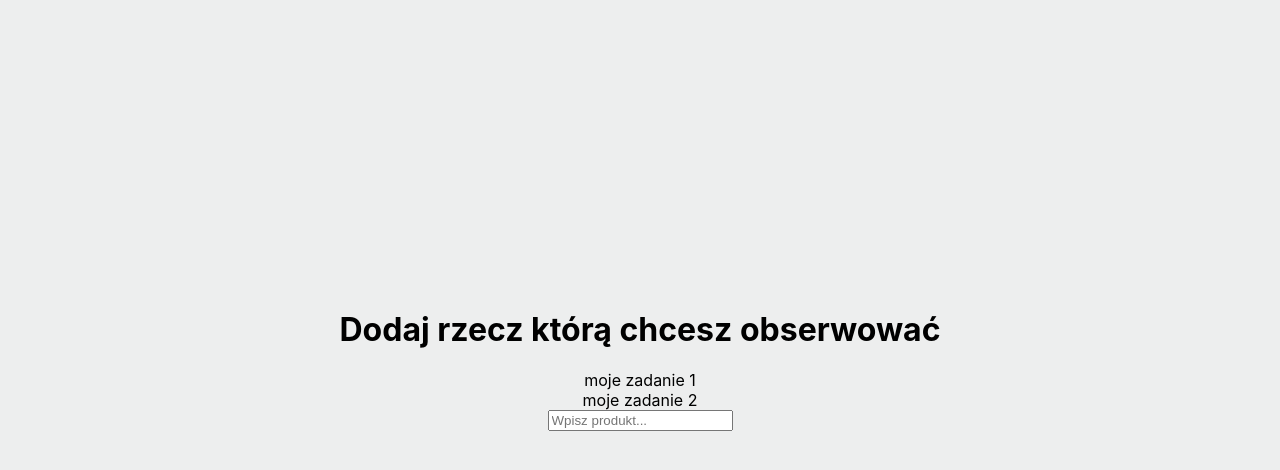
Repository: matedoo/crawler
Page: /MainApp
The author's editor kept a copy of each file at every save. The page is drawn from the files as they stood at one save, then again after the next save.
The browser window is 1280 px wide. The pictures show the whole page.
The project was rebuilt for these pictures with package versions that can differ from the ones it lists, and the page was loaded fresh each time. Also part of the build but not shown: src/Components/button.js, src/Components/LoginComponents/LoginApp.js, src/Components/LoginComponents/RegisterApp.js, src/Components/btnContainer.js, src/Components/heading.js, src/Components/LoginComponents/StartApp.js.

Above is the page before, as saved 2020-04-19 18:23:36.

### public/index.html
<!DOCTYPE html>
<html lang="en">
  <head>
    <meta charset="utf-8" />
    <link rel="icon" href="%PUBLIC_URL%/favicon.ico" />
    <meta name="viewport" content="width=device-width, initial-scale=1" />
    <meta name="theme-color" content="#000000" />
    <meta
      name="description"
      content="Web site created using create-react-app"
    />
    <link rel="apple-touch-icon" href="%PUBLIC_URL%/logo192.png" />
    <!--
      manifest.json provides metadata used when your web app is installed on a
      user's mobile device or desktop. See https://developers.google.com/web/fundamentals/web-app-manifest/
    -->
    <link rel="manifest" href="%PUBLIC_URL%/manifest.json" />
    <!--
      Notice the use of %PUBLIC_URL% in the tags above.
      It will be replaced with the URL of the `public` folder during the build.
      Only files inside the `public` folder can be referenced from the HTML.

      Unlike "/favicon.ico" or "favicon.ico", "%PUBLIC_URL%/favicon.ico" will
      work correctly both with client-side routing and a non-root public URL.
      Learn how to configure a non-root public URL by running `npm run build`.
    -->
    <title>Racoon</title>
  </head>
  <body>
    <noscript>You need to enable JavaScript to run this app.</noscript>
    <div id="root"></div>

  </body>
</html>

### src/App.js
import React from 'react';
import LoginApp from './Components/LoginComponents/LoginApp'
import RegisterApp from './Components/LoginComponents/RegisterApp'
import StartApp from './Components/LoginComponents/StartApp'
import MainApp from './Components/MainApp/MainApp'
import {BrowserRouter as Router, Switch, Route} from 'react-router-dom'




class App extends React.Component {

  render(){
    return (
      <Router>
        <Switch>
          <Route path='/' exact component={StartApp}></Route>
          <Route path='/LoginApp' component={LoginApp}></Route>
          <Route path='/RegisterApp' component={RegisterApp}></Route>
          <Route path='/MainApp' component={MainApp}></Route>
        </Switch>
      </Router>
    );
  }
}



export default App;

### src/Components/MainApp/MainApp.js
import React, { useState } from 'react';
import styled from 'styled-components';
import MainAppElement from './MainAppElement'




function MainApp(props) {
  const [elementsList, setElementsList] = useState(['moje zadanie 1', 'moje zadanie 2']);
    return (
      <LoginAppStyled>
        <h1>Dodaj rzecz którą chcesz obserwować</h1>
        {elementsList.map((element) => (
          <MainAppElement
            key={element}
            element={element}
          />
        ))}
        <input
          placeholder='Wpisz produkt...'
          value=''
        />
      </LoginAppStyled>
    );

}

export default MainApp;



const LoginAppStyled = styled.div`
   background-color: #edeeee;
   margin: 0;
   padding:0;
   height: 100vh;
   width: 100%;
   display: flex;
   align-items: center;
   justify-content: center;
   flex-direction: column;
`

### src/Components/MainApp/MainAppElement.js
import React from 'react';


function MainAppElement(props){
    const {element} = props;
    return(
        <div>
            {element}
        </div>
    )
}

export default MainAppElement;

Loaded but not shown: src/index.js (common file); src/styles/index.css (common file); src/serviceWorker.js (common file)

After the next save:
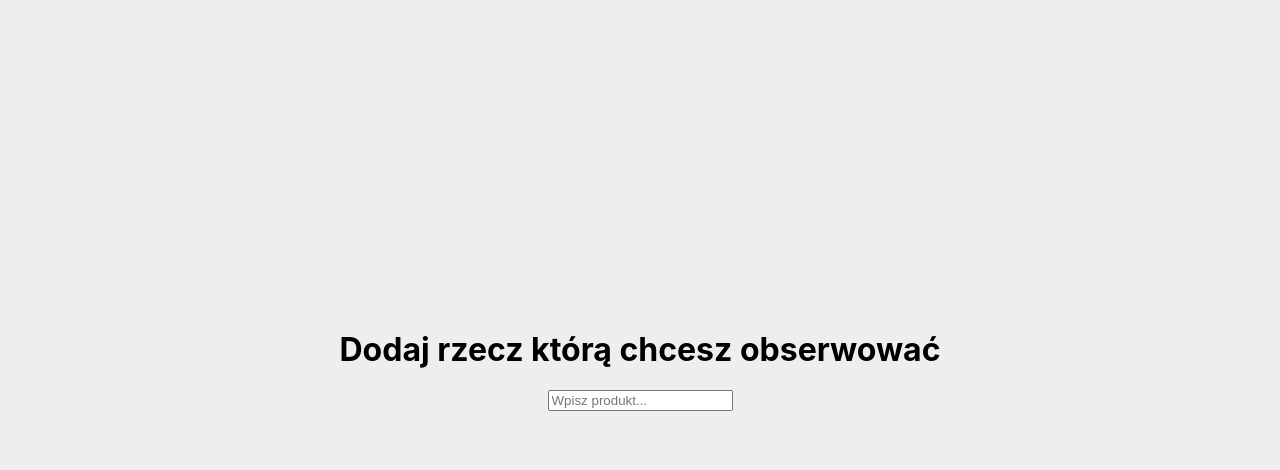
Saved 92 s later.
--- a/src/Components/MainApp/MainApp.js
+++ b/src/Components/MainApp/MainApp.js
@@ -6,7 +6,8 @@ import MainAppElement from './MainAppElement'
 
 
 function MainApp(props) {
-  const [elementsList, setElementsList] = useState(['moje zadanie 1', 'moje zadanie 2']);
+  const [elementsList, setElementsList] = useState([]);
+  const [inputValue, setInputValue] = useState('');
     return (
       <LoginAppStyled>
         <h1>Dodaj rzecz którą chcesz obserwować</h1>
